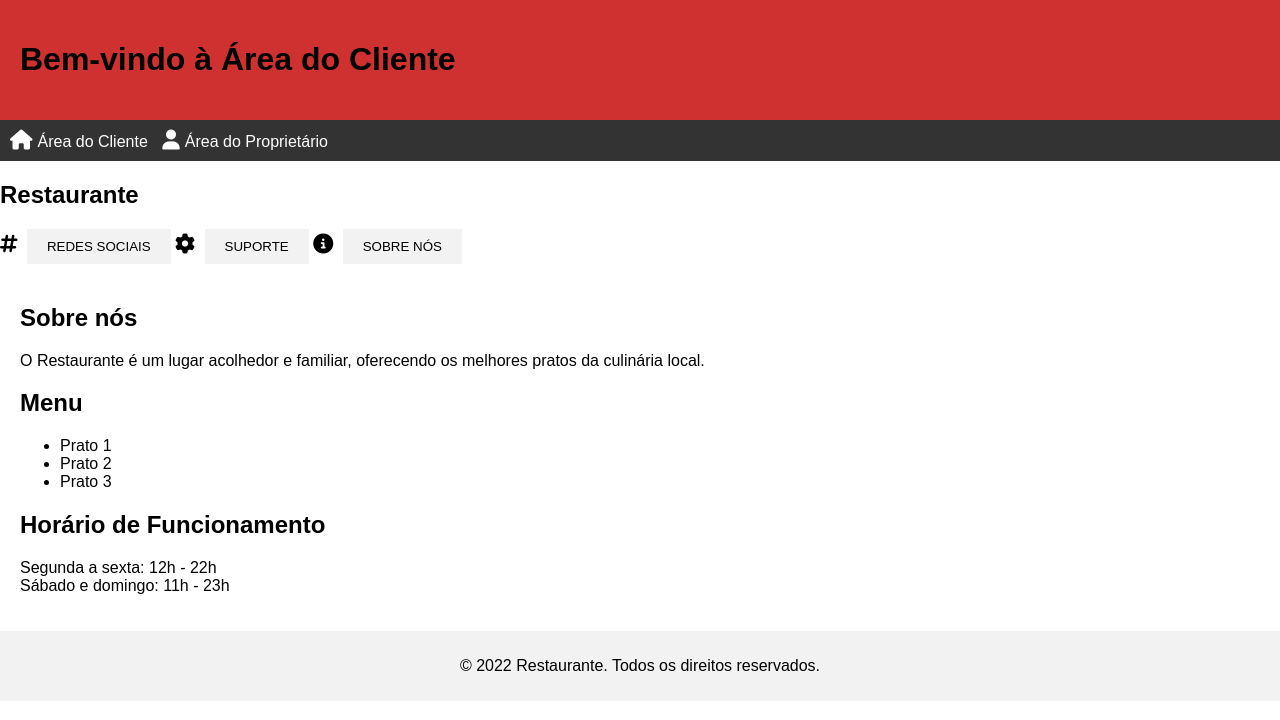
Repository: eupordias/frontarnia
Page: AULA 06/RESTAURANTE/index.html
These files come from the project's save history. The page is drawn as it stood at one moment and after the next save; the edit follows.
The browser window is 1280 px wide. The pictures show the whole page.
Some web libraries are served in a nearby version.

Above is the page before, as saved 2023-08-08 11:26:07.

### AULA 06/RESTAURANTE/index.html
<!DOCTYPE html>
<html>
  <head>
    <title>Restaurante - Área do Cliente</title>
    <link rel="stylesheet" href="styles.css" />
  </head>

  <body>
    <header>
        <script src="https://kit.fontawesome.com/fdbd215997.js" crossorigin="anonymous"></script>
      <h1>Bem-vindo à Área do Cliente</h1>
    </header>
    <nav>
      <a href="cliente.html"><i class="icon fas fa-home"></i>Área do Cliente</a>
      <a href="proprietario.html"
        ><i class="icon fas fa-user"></i>Área do Proprietário</a
      >
    </nav>
    <h2>Restaurante</h2>
    <i class="icon fas fa-hashtag"></i>
    <button class="button">REDES SOCIAIS</button>
    <i class="icon fas fa-cog"></i>
    <button class="button">SUPORTE</button>
    <i class="icon fas fa-info-circle"></i>
    <button class="button">SOBRE NÓS</button>

    <main>
      <h2>Sobre nós</h2>
      <p>
        O Restaurante é um lugar acolhedor e familiar, oferecendo os melhores
        pratos da culinária local.
      </p>

      <h2>Menu</h2>
      <ul>
        <li>Prato 1</li>
        <li>Prato 2</li>
        <li>Prato 3</li>
      </ul>

      <h2>Horário de Funcionamento</h2>
      <p>
        Segunda a sexta: 12h - 22h<br />
        Sábado e domingo: 11h - 23h
      </p>
    </main>
    <footer>
      <p>© 2022 Restaurante. Todos os direitos reservados.</p>
    </footer>
  </body>
</html>

### AULA 06/RESTAURANTE/styles.css
/* Estilos gerais */
body {
  font-family: Arial, sans-serif;
  margin: 0;
  padding: 0;
}

header {
  background-color: #cf3131;
  padding: 20px;
}

nav {
  background-color: #333;
  color: #fff;
  padding: 10px;
}

nav a {
  color: #fff;
  text-decoration: none;
  margin-right: 10px;
}

nav a:hover {
  color: #cf3131;
  transition: color 0.3s ease;
}

main {
  padding: 20px;
}

footer {
  background-color: #f2f2f2;
  padding: 10px;
  text-align: center;
}

/* Ícones */
.icon {
  font-size: 20px;
  margin-right: 5px;
}

/* Exemplo de estilização de um botão com transição */
.button {
  background-color: #f2f2f2;
  padding: 10px 20px;
  border: none;
  transition: background-color 0.3s ease;
}

.button:hover {
  background-color: #333;
  color: #fff;
}
<nav>
  <a href="index.html"><i class="icon fas fa-home"></i>Área do Cliente</a>
  <a href="proprietario.html"><i class="icon fas fa-user"></i>Área do Proprietário</a>
</nav>

<button class="button">Botão de Exemplo</button>
/* Estilos gerais */

body {
  font-family: Arial, sans-serif;
  margin: 0;
  padding: 0;
}

/* Estilos específicos para o cardápio */

.cardapio-item {
  display: flex;
  flex-direction: column;
  align-items: center;
  margin-bottom: 20px;
  cursor: pointer;
}

.cardapio-item img {
  width: 200px;
  height: 200px;
  object-fit: cover;
  border-radius: 10px;
}

.cardapio-item h3 {
  margin-top: 10px;
}

.cardapio-item p {
  margin-top: 5px;
}

.cardapio-item .ingredientes {
  margin-top: 10px;
}

.cardapio-item .ingredientes.hidden {
  display: none;
}

After the next save:
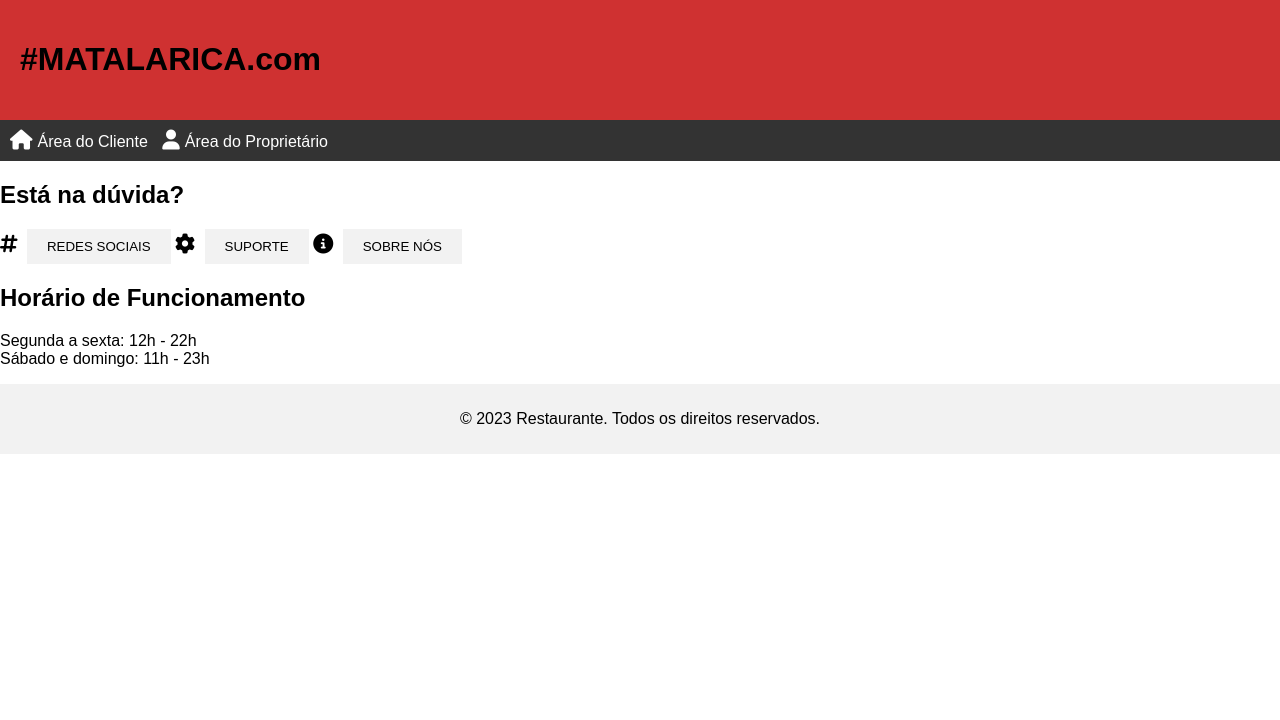
Saved 10 min 17 s later.
--- a/AULA 06/RESTAURANTE/index.html
+++ b/AULA 06/RESTAURANTE/index.html
@@ -8,7 +8,7 @@
   <body>
     <header>
         <script src="https://kit.fontawesome.com/fdbd215997.js" crossorigin="anonymous"></script>
-      <h1>Bem-vindo à Área do Cliente</h1>
+      <h1>#MATALARICA.com</h1>
     </header>
     <nav>
       <a href="cliente.html"><i class="icon fas fa-home"></i>Área do Cliente</a>
@@ -16,7 +16,7 @@
         ><i class="icon fas fa-user"></i>Área do Proprietário</a
       >
     </nav>
-    <h2>Restaurante</h2>
+    <h2>Está na dúvida?</h2>
     <i class="icon fas fa-hashtag"></i>
     <button class="button">REDES SOCIAIS</button>
     <i class="icon fas fa-cog"></i>
@@ -24,19 +24,7 @@
     <i class="icon fas fa-info-circle"></i>
     <button class="button">SOBRE NÓS</button>
 
-    <main>
-      <h2>Sobre nós</h2>
-      <p>
-        O Restaurante é um lugar acolhedor e familiar, oferecendo os melhores
-        pratos da culinária local.
-      </p>
 
-      <h2>Menu</h2>
-      <ul>
-        <li>Prato 1</li>
-        <li>Prato 2</li>
-        <li>Prato 3</li>
-      </ul>
 
       <h2>Horário de Funcionamento</h2>
       <p>
@@ -45,7 +33,7 @@
       </p>
     </main>
     <footer>
-      <p>© 2022 Restaurante. Todos os direitos reservados.</p>
+      <p>© 2023 Restaurante. Todos os direitos reservados.</p>
     </footer>
   </body>
 </html>
